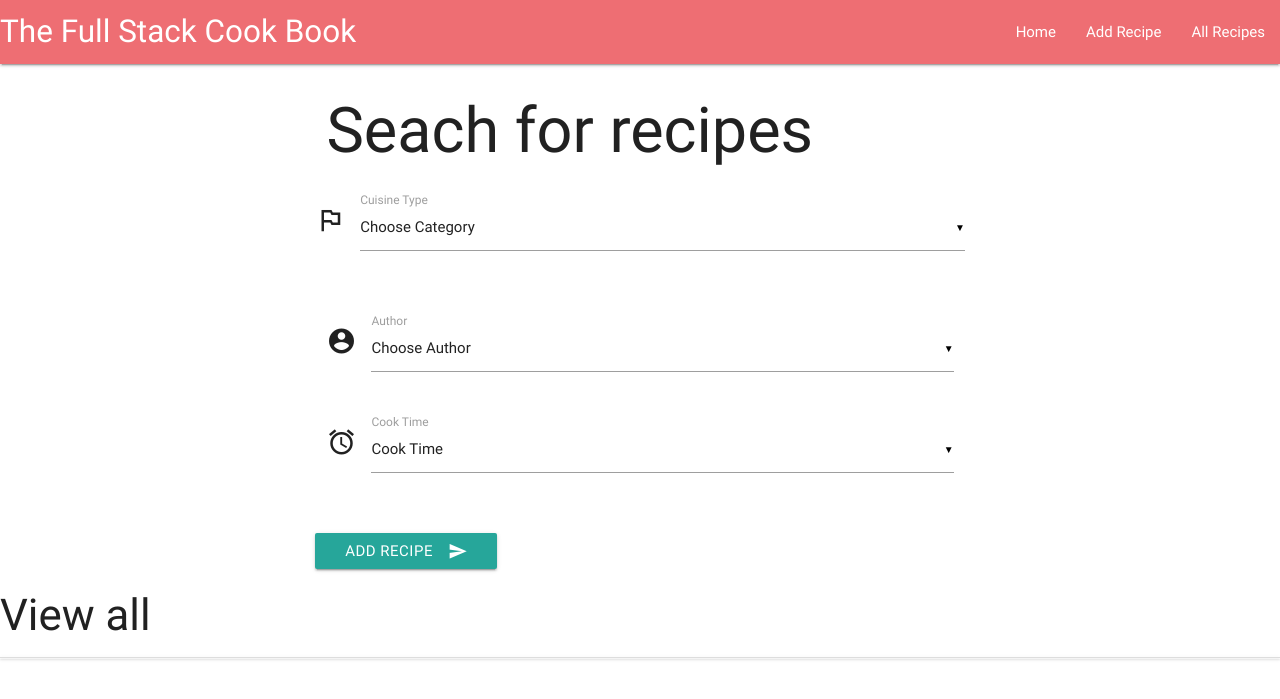
Repository: nakitamccool/francisillingworth-milestone-project-3
Page: http://localhost/get_recipes
The author's editor kept a record of every edit. The page is drawn from the files as they stood at one moment, then again after the next edit.
The browser window is 1280 px wide. The pictures show the whole page.
The page is served by the project's application, run on Flask 3 (app.py). Queries for data that is not in the repository find no rows.

Above is the page before.

### templates/recipes.html
 {% extends 'base.html' %} {% block content %}

<div class="container">
  <h1>Seach for recipes</h1>

  <div class="row">
    <form action="" method="GET" class="col s12">
      <div class="row">


        <div class="row">
          <div class="input-field col s12">
                  <i class="material-icons prefix">outlined_flag</i>
                    <select id="cuisine" name="cuisine_type">
                  <option value="" disabled selected>Choose Category</option>
                  {% for cat in cuisine %}
                      <option value="{{cat.cuisine_type}}">{{cat.cuisine_type}}</option>
                  {% endfor %}
                </select>
                    <label>Cuisine Type</label>
                </div>
            </div>
        </div>


        <div class="row">
          <div class="input-field col s12">
            <i class="material-icons prefix">account_circle</i>
            <select id="author" name="author">
                  <option value="" disabled selected>Choose Author</option>
                  {% for cat in cuisine %}
                      <option value="{{cat.author}}">{{cat.author}}</option>
                  {% endfor %}
                </select>
            <label>Author</label>
          </div>
        </div>
        <div class="row">
          <div class="input-field col s12">
            <i class="material-icons prefix">alarm</i>
            <select id="cook_time" name="cook_time">
                  <option value="" disabled selected>Cook Time</option>
                  {% for cat in cuisine %}
                      <option value="{{cat.cook_time}}">{{cat.cook_time}}</option>
                  {% endfor %}
                </select>
            <label>Cook Time</label>
          </div>
        </div>
      </div>
      <div class="row">
        <button class="btn waves-effect waves-light" type="submit" name="action">Add Recipe
                <i class="material-icons right">send</i>
            </button>
      </div>



    </form>
  </div>


</div>
<h3>View all</h3>

<div class="row">
  <ul class="collapsible">
    {% for recipe in recipes %}
    <li>
      <div class="collapsible-header">
        <div class="recipe_header col s9">
          <i class="material-icons">expand_more</i>
          <strong>{{recipe.recipe_name}}</strong> &nbsp;- {{recipe.cuisine_type}} - {{recipe.author}} - &nbsp;<strong>Cook time {{recipe.cook_time}} minutes</strong>
        </div>
        <div class="deleteEdit col s3">
          <a href="{{url_for('edit_recipe', recipe_id=recipe._id)}}" class="waves-effect waves-light btn btn_edit"><i class="material-icons left">edit</i>Edit</a>
          <a href="{{url_for('delete_recipe' , recipe_id=recipe._id)}}" class="waves-effect waves-light btn btn_delete"><i class="material-icons deleteIcon">delete_forever</i></a>
        </div>

      </div>


      <div class="collapsible-body"><span>

      <ul class="collapsible" data-collapsible="expandable">
    <li>
      <div class="collapsible-header"><i class="material-icons">local_grocery_store</i>Ingredients</div>
      <div class="collapsible-body"><span>{{recipe.ingredients}}</span></div>
    </li>
    <li>
      <div class="collapsible-header"><i class="material-icons">format_list_numbered</i>Method</div>
      <div class="collapsible-body"><span>{{recipe.method}}</span></div>
    </li>

  </ul>






  </span>
</div>
</li>
{% endfor %}
</ul>
</div>







{% endblock %}

### templates/base.html
<!DOCTYPE html>
<html lang="en">
<head>
    <link href="https://fonts.googleapis.com/icon?family=Material+Icons"
      rel="stylesheet">
    <link rel="stylesheet"  href="https://cdnjs.cloudflare.com/ajax/libs/materialize/0.100.2/css/materialize.min.css">
    <link rel="stylesheet" href="{{url_for('static' , filename = "css/style.css")}}" type="text/css" />

</head>
<body>
  <header>
    <nav>
    <div class="nav-wrapper">
      <a href="#" class="brand-logo">The Full Stack Cook Book</a>
      <ul id="nav-mobile" class="right hide-on-med-and-down">
        <li><a href="index.html">Home</a></li>
        <li><a href="{{ url_for('add_recipe') }}">Add Recipe</a></li>
        <li><a href="{{ url_for('get_recipes') }}">All Recipes</a></li>
      </ul>

    </div>
  </nav>
  </header>
    <div class="container">
    {% block content %}
    {% endblock %}
    </div>
    <script src="https://cdnjs.cloudflare.com/ajax/libs/jquery/3.4.1/jquery.min.js" integrity="sha256-CSXorXvZcTkaix6Yvo6HppcZGetbYMGWSFlBw8HfCJo=" crossorigin="anonymous"></script>
    <script src="https://cdnjs.cloudflare.com/ajax/libs/materialize/0.100.2/js/materialize.min.js"></script>
    <script type="text/javascript">
         $(document).ready(function(){
    $('.collapsible').collapsible();
    $('select').material_select();
  });

    </script>


</body>
</html>

### app.py
import os
from flask import Flask , render_template, redirect, request, url_for
from flask_pymongo import PyMongo
from bson.objectid import ObjectId


db_password = os.environ.get('DB_PASSWORD')

app = Flask(__name__)

app.config["MONGO_DBNAME"] = 'recipe_project'
app.config["MONGO_URI"] = 'mongodb+srv://root:r00tUser@myfirstcluster-aogax.mongodb.net/recipe_project?retryWrites=true&w=majority'

mongo = PyMongo(app)

@app.route('/')


@app.route('/get_recipes')
def get_recipes():
    return render_template("recipes.html", recipes=mongo.db.recipe.find())


@app.route('/add_recipe')
def add_recipe():
    return render_template('addrecipe.html', cuisine=mongo.db.cuisine.find())

@app.route('/insert_recipe', methods=['POST'])
def insert_recipe():
    recipes=mongo.db.recipe
    recipes.insert_one(request.form.to_dict())
    return redirect(url_for('get_recipes'))


@app.route('/edit_recipe/<recipe_id>')
def edit_recipe(recipe_id):
    the_recipe = mongo.db.recipe.find_one({"_id": ObjectId(recipe_id)})
    all_cuisine = mongo.db.cuisine.find()
    return render_template('editrecipe.html', recipe = the_recipe, cuisine=all_cuisine)



@app.route('/update_recipe/<recipe_id>', methods = ["POST"])
def update_recipe(recipe_id):
    recipes = mongo.db.recipe
    recipes.update( {'_id': ObjectId(recipe_id)},
    {
        'recipe_name' : request.form.get('recipe_name'),
        'cuisine_type' : request.form.get('cuisine_type'),
        'author' : request.form.get('author'),
        'ingredients' : request.form.get('ingredients'),
        'method' : request.form.get('method'),
        'cook_time' : request.form.get('cook_time'),
    })
    return redirect(url_for('get_recipes'))

@app.route('/delete_recipe/<recipe_id>')
def delete_recipe(recipe_id):
    mongo.db.recipe.remove({'_id':ObjectId(recipe_id)})
    return redirect(url_for('get_recipes'))





@app.route('/get_cuisines')
def get_cuisines():
    return render_template('cuisines.html', cuisine=mongo.db.cuisine.find())


@app.route('/edit_cuisine/<cuisine_id>')
def edit_cuisine(cuisine_id):
    return render_template('editcuisine.html', cuisine=mongo.db.cuisine.find_one({'_id':ObjectId(cuisine_id)}))


@app.route('/update_cuisine/<cuisine_id>', methods=['POST'])
def update_cuisine(cuisine_id):
    mongo.db.cuisine.update(
        {'_id': ObjectId(cuisine_id)},
        {'cuisine_type': request.form.get('cuisine_type')})
    return redirect(url_for('get_cuisines'))



@app.route('/add_cuisine')
def add_cuisine():
    return render_template('addcuisine.html', cuisine=mongo.db.cuisine.find())


@app.route('/insert_cuisine', methods=['POST'])
def insert_cuisine():
    cuisines=mongo.db.cuisine
    cuisines.insert_one(request.form.to_dict())
    return redirect(url_for('add_recipe'))



@app.route('/delete_cuisine/<cuisine_id>')
def delete_cuisine(cuisine_id):
    mongo.db.cuisine.remove({'_id':ObjectId(cuisine_id)})
    return redirect(url_for('get_cuisines'))



@app.route('/add_cuisine_edit')
def add_cuisine_edit():
    return render_template('addcuisine-edit.html', cuisine=mongo.db.cuisine.find())


@app.route('/insert_cuisine_edit', methods=['POST'])
def insert_cuisine_edit():
    cuisines=mongo.db.cuisine
    cuisines.insert_one(request.form.to_dict())
    return redirect(url_for('get_cuisines'))



@app.route('/index')
def index():
    return render_template("index.html")


@app.route('/filter')
def filter():
    return redirect(url_for())


if __name__ == '__main__':
    app.run(host=os.environ.get('IP'),
            port=int(os.environ.get('PORT')),
            debug=True)

### static/css/style.css
.btn_edit{
    height:28px;
    margin: 5px 15px;
    line-height: 28px;
    padding-left: 3px;
    padding-right: 6px;



}

.btn_delete{
    height:28px;
    margin: 5px 15px ;
    line-height: 28px;
    padding-left: 5px;
    padding-right: 5px;
    background-color: #b70808;

}

.collapsible-header i {
 margin:0;}

 .btn_delete:hover {
    background-color: #71231d;
}

.cancel_button{
    margin: 5px 15px;
    padding-left: 3px;
    padding-right: 6px;
    background-color: #b70808

}


 .cancel_button:hover {
    background-color: #71231d;
}


.recipe_header{
    margin-top:5px;
    margin-right: 20px;
}

.deleteEdit{
    margin-left:auto;
    margin-right:0;
}

.add_cuisine{
    margin-top: 0;
    margin-left:5%;
}

After the next edit:
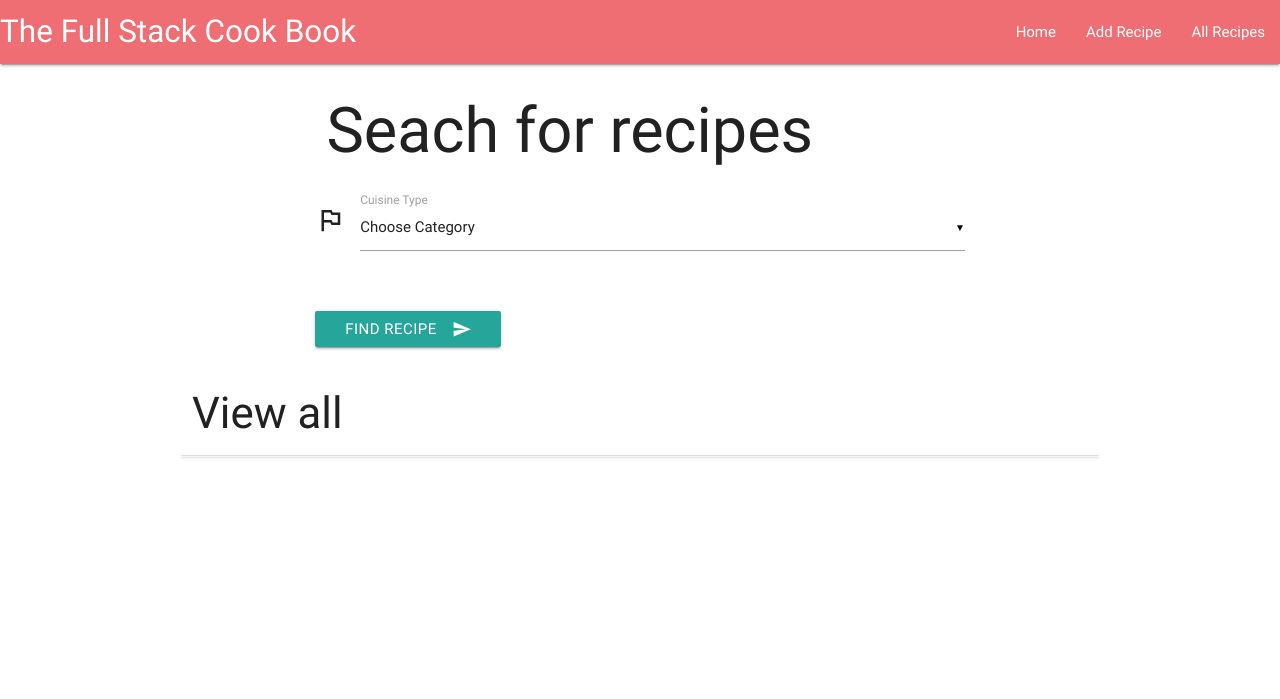
The edit:
--- a/templates/recipes.html
+++ b/templates/recipes.html
@@ -23,33 +23,8 @@
         </div>
 
 
-        <div class="row">
-          <div class="input-field col s12">
-            <i class="material-icons prefix">account_circle</i>
-            <select id="author" name="author">
-                  <option value="" disabled selected>Choose Author</option>
-                  {% for cat in cuisine %}
-                      <option value="{{cat.author}}">{{cat.author}}</option>
-                  {% endfor %}
-                </select>
-            <label>Author</label>
-          </div>
-        </div>
-        <div class="row">
-          <div class="input-field col s12">
-            <i class="material-icons prefix">alarm</i>
-            <select id="cook_time" name="cook_time">
-                  <option value="" disabled selected>Cook Time</option>
-                  {% for cat in cuisine %}
-                      <option value="{{cat.cook_time}}">{{cat.cook_time}}</option>
-                  {% endfor %}
-                </select>
-            <label>Cook Time</label>
-          </div>
-        </div>
-      </div>
       <div class="row">
-        <button class="btn waves-effect waves-light" type="submit" name="action">Add Recipe
+        <button class="btn waves-effect waves-light" type="submit" name="action">Find Recipe
                 <i class="material-icons right">send</i>
             </button>
       </div>
